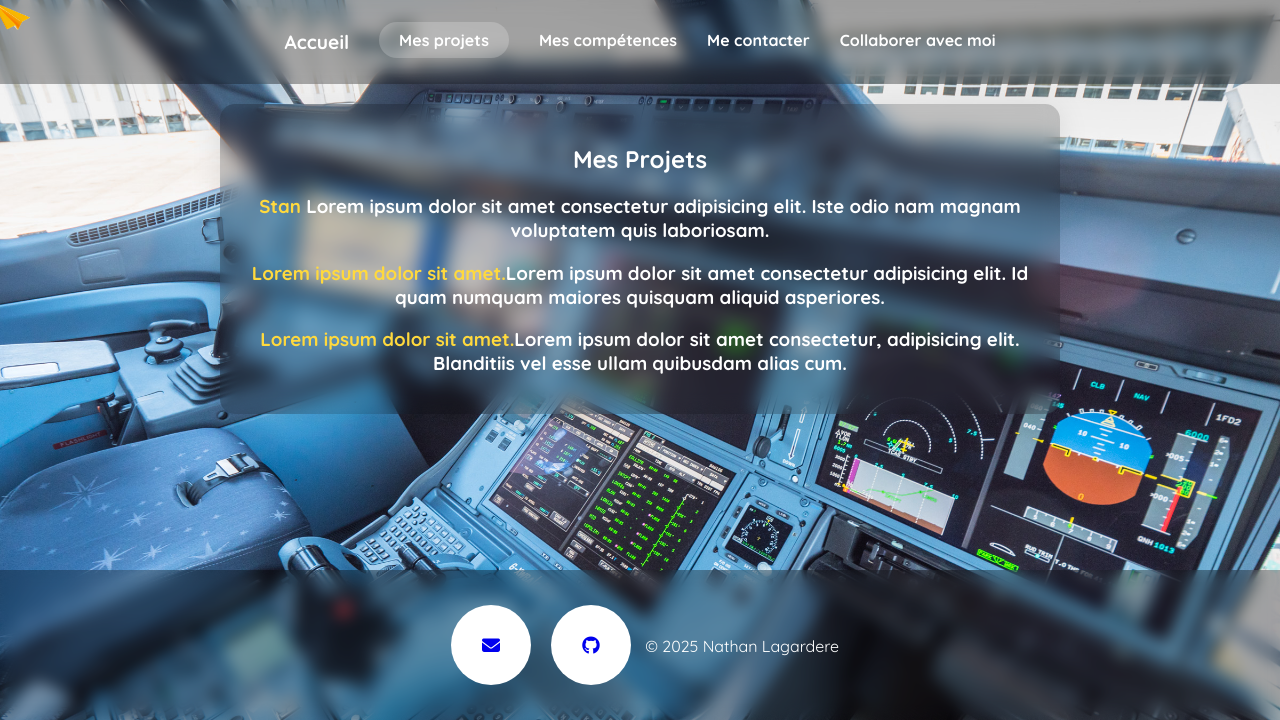
Repository: nlagardere/myportfolio
Page: projects.html
The author's editor kept a copy of each file at every save. The page is drawn from the files as they stood at one save, then again after the next save.
The browser window is 1280 px wide. The pictures show the whole page.

Above is the page before, as saved 2025-09-07 12:00:37.

### projects.html
<!DOCTYPE html>
<html lang="fr">
<head>
  <meta charset="UTF-8">
  <meta name="viewport" content="width=device-width, initial-scale=1.0">
  <title>Portfolio</title>

  <link href="https://fonts.googleapis.com/css2?family=Exo+2:wght@400;700&family=Quicksand:wght@400;700&display=swap" rel="stylesheet">
  <link rel="stylesheet" href="https://cdnjs.cloudflare.com/ajax/libs/font-awesome/6.5.0/css/all.min.css">

  <style>
    html{
      scroll-behavior: smooth;
      cursor: none;
    }

    body {
      font-family: 'Quicksand', sans-serif;
      margin: 0;
      padding: 0;
      min-height: 100vh;
      display: flex;
      flex-direction: column;
      background: url('a350.jpg') no-repeat center center;
      background-size: cover;
      color: #fff;

    }

    header {
      text-align: center;
      padding: 30px 20px;
      background: rgba(0,0,0,0.3);
      backdrop-filter: blur(8px);
    }

    .glasscard, .competences {
      background: rgba(0, 0, 0, 0.2);
      border-radius: 15px;
      padding: 20px;
      margin: 20px auto;
      max-width: 800px;
      backdrop-filter: blur(10px);
      box-shadow: 0 4px 30px rgba(0,0,0,0.1);
      text-align: center;
      animation: zoomPop 1s ease forwards;
      color: white;
    }

    .highlight {
      color: #FFD93D;
      font-weight: bold;
    }

    @keyframes zoomPop {
      0% { opacity: 0; transform: scale(0.1) translateZ(-800px); }
      60% { opacity: 1; transform: scale(1.2) translateZ(50px); }
      80% { transform: scale(0.95) translateZ(0); }
      100% { opacity: 1; transform: scale(1) translateZ(0); }
    }

    .wrapper {
      display: inline-flex;
      justify-content: center;
      list-style: none;
      padding: 20px 0;
      margin: 0 auto;
    }

    .wrapper .icon {
      position: relative;
      background: #ffffff;
      border-radius: 50%;
      padding: 15px;
      margin: 0 10px;
      width: 50px;
      height: 50px;
      font-size: 18px;
      display: flex;
      justify-content: center;
      align-items: center;
      cursor: pointer;
      transition: all 0.2s cubic-bezier(0.68, -0.55, 0.265, 1.55);
    }

    .wrapper .tooltip {
      position: absolute;
      bottom: 100%;
      left: 50%;
      transform: translateX(-50%) translateY(-10px);
      font-size: 14px;
      background: #333;
      color: #fff;
      padding: 5px 8px;
      border-radius: 5px;
      opacity: 0;
      pointer-events: none;
      white-space: nowrap;
      transition: all 0.3s cubic-bezier(0.68, -0.55, 0.265, 1.55);
      z-index: 10;
    }

    .wrapper .tooltip::before {
      content: "";
      position: absolute;
      top: 100%;
      left: 50%;
      transform: translateX(-50%) rotate(45deg);
      width: 8px;
      height: 8px;
      background: #333;
    }

    .wrapper .icon:hover .tooltip {
      opacity: 1;
      pointer-events: auto;
      transform: translateX(-50%) translateY(-15px);
    }

    .wrapper .mail:hover,
    .wrapper .mail:hover .tooltip,
    .wrapper .mail:hover .tooltip::before {
      background: #00CED1;
      color: #fff;
    }

    .wrapper .github:hover,
    .wrapper .github:hover .tooltip,
    .wrapper .github:hover .tooltip::before {
      background: #333333;
      color: #fff;
    }

    .footer{
      text-align: center;
      padding: 15px 20px;
      background: rgba(0,0,0,0.3);
      backdrop-filter: blur(8px);
      color: white;
      margin-top: auto;
    }

    .navbar ul {
      list-style: none;
      padding: 0;
      margin: 0;
      display: flex;
      justify-content: center;
      gap: 30px;
      flex-wrap: wrap;
    }
    .navbar ul li {
      display: inline;
    }
    .navbar ul li a {
      text-decoration: none;
      color: white;
      font-weight: bold;
      transition: color 0.3s;
    }
    .navbar ul li a:hover {
      color: #FFD93D;
    }

    .navbar .accueil a {
      font-size: 1.2em;
      font-weight: bold;
      color: #ffffff;
    }
    .navbar .accueil a:hover {
      color: #FFD93D;
    }

    .projets-wrapper {
      background: rgba(255, 255, 255, 0.2);
      backdrop-filter: blur(10px);
      padding: 8px 20px;
      border-radius: 25px;
      color: #fff;
      font-weight: bold;
      transition: all 0.3s ease;
    }

    .projets-wrapper:hover {
      background: rgba(255, 255, 255, 0.4);
      transform: scale(1.05);
      color: #FFD93D;
    }

    #mouse {
  position: fixed;
  top: 0;
  left: 0;
  width: 64px;
  height: 64px;
  background: url('cursor.png') no-repeat center center;
  background-size: contain;
  pointer-events: none; /* pour que le curseur ne bloque pas les clics */
  transform: translate(-50%, -50%);
  z-index: 9999;
  transform: translate(-35%, -25%);
  pointer-events: none;
}
::selection {
  background-color: #ffcc00; /* couleur de fond */
  color: #000000;            /* couleur du texte */
}



    @media (max-width: 600px) {
      .letter-block .letter {
        font-size: 2.5em;
      }
    }

  </style>
</head>
<body>
  <div id="mouse"></div>
  <header>
    <nav class="navbar">
      <ul>
        <li class="accueil">
          <a href="index.html">Accueil</a>
        </li>
        <li><a href="projects.html" class="projets-wrapper">Mes projets</a></li>
        <li><a href="competences.html">Mes compétences</a></li>
        <li><a href="contact.html">Me contacter</a></li>
        <li><a href="collaborate.html">Collaborer avec moi</a></li>
      </ul>
    </nav>
  </header>

 <div calss="projects">
    <div class="glasscard">
      <h2>Mes Projets</h2>
      <h3><span class="highlight">Stan</span> Lorem ipsum dolor sit amet consectetur adipisicing elit. Iste odio nam magnam voluptatem quis laboriosam.</h3>
      <h3><span class="highlight">Lorem ipsum dolor sit amet.</span>Lorem ipsum dolor sit amet consectetur adipisicing elit. Id quam numquam maiores quisquam aliquid asperiores.</h3>
      <h3><span class="highlight">Lorem ipsum dolor sit amet.</span>Lorem ipsum dolor sit amet consectetur, adipisicing elit. Blanditiis vel esse ullam quibusdam alias cum.</h3>
    </div>
  </div>



  <div class="footer">
    <ul class="wrapper">
      <li class="icon mail">
        <a href="mailto:nathan.lagardere@gmail.com" target="_blank">
          <span class="tooltip">Mail</span>
          <i class="fas fa-envelope"></i>
        </a>
      </li>
      <li class="icon github">
        <a href="https://github.com/nlagardere" target="_blank">
          <span class="tooltip">Github</span>
          <i class="fab fa-github"></i>
        </a>
      </li>
    </ul>
    © 2025 Nathan Lagardere
  </div>

  <script>
    const mouse = document.querySelector('#mouse')
    window.addEventListener('mousemove', (e) => {
      mouse.style.top = e.pageY + 'px'
      mouse.style.left = e.pageX + 'px'
    })
  </script>
</body>
</html>

After the next save:
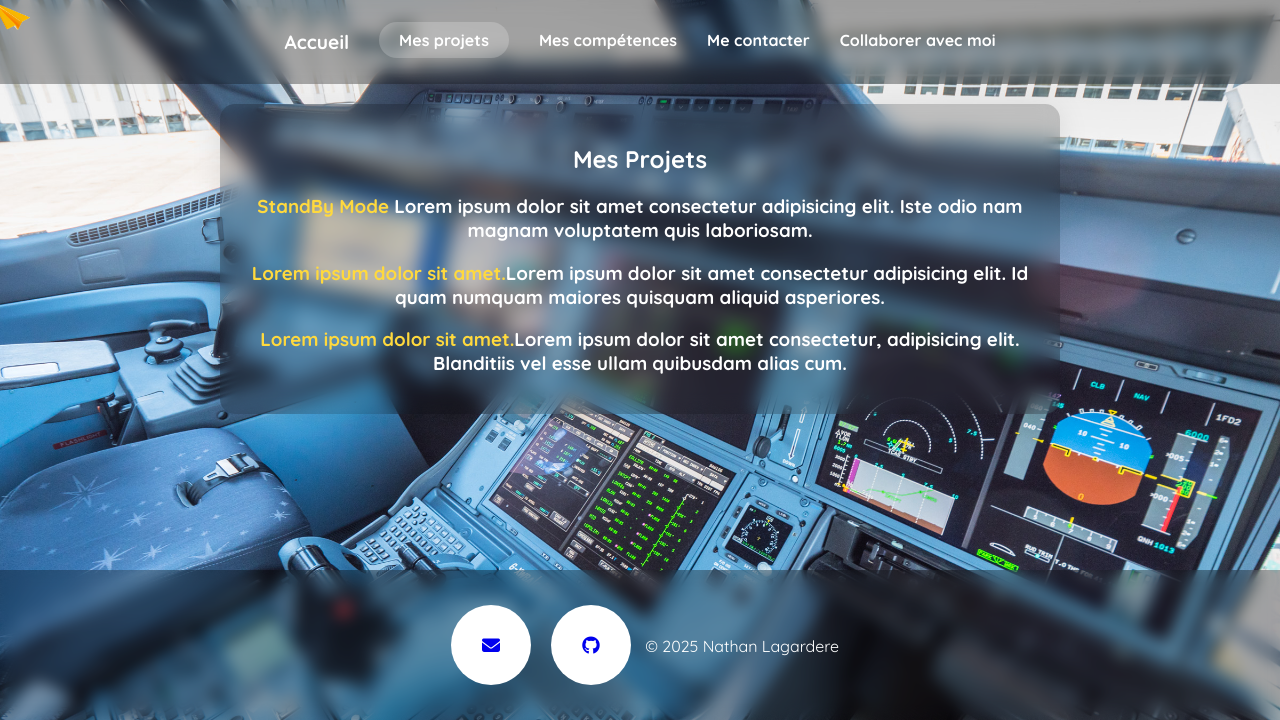
Saved 6 s later.
--- a/projects.html
+++ b/projects.html
@@ -235,7 +235,7 @@
  <div calss="projects">
     <div class="glasscard">
       <h2>Mes Projets</h2>
-      <h3><span class="highlight">Stan</span> Lorem ipsum dolor sit amet consectetur adipisicing elit. Iste odio nam magnam voluptatem quis laboriosam.</h3>
+      <h3><span class="highlight">StandBy Mode</span> Lorem ipsum dolor sit amet consectetur adipisicing elit. Iste odio nam magnam voluptatem quis laboriosam.</h3>
       <h3><span class="highlight">Lorem ipsum dolor sit amet.</span>Lorem ipsum dolor sit amet consectetur adipisicing elit. Id quam numquam maiores quisquam aliquid asperiores.</h3>
       <h3><span class="highlight">Lorem ipsum dolor sit amet.</span>Lorem ipsum dolor sit amet consectetur, adipisicing elit. Blanditiis vel esse ullam quibusdam alias cum.</h3>
     </div>
